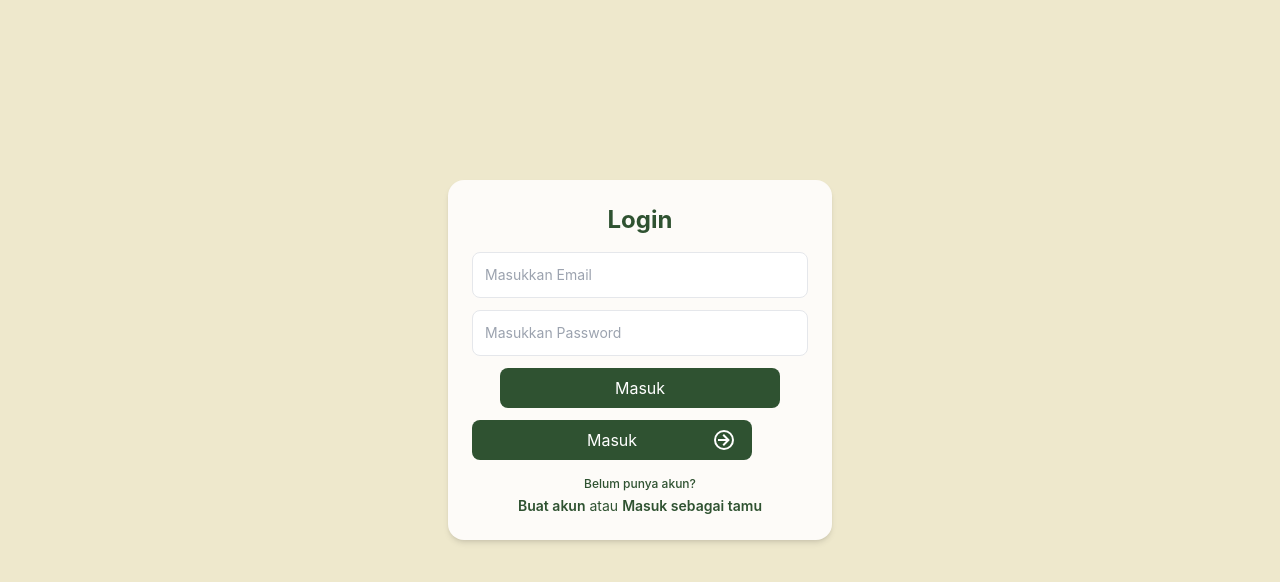
Repository: PajarAland/DiagramCoffee
Page: /login
An editor plug-in stored every save of this project. The page is shown before and after the next save, followed by the edit.
The browser window is 1280 px wide. The pictures show the whole page.
The page's requests for data from a server got no answer. The project was rebuilt for these pictures with package versions that can differ from the ones it lists, and the page was loaded fresh each time. Some packages were replaced by stand-ins written for this rebuild. No one was signed in, and anything a server would have sent is missing. Also part of the build but not shown: vite.config.js, src/components/ui/NavBar.jsx, src/pages/Landing.jsx, src/pages/Register.jsx, src/pages/Home.jsx, src/auth/ProtectedRoute.jsx.

Above is the page before, as saved 2026-04-26 18:22:59.

After the next save:
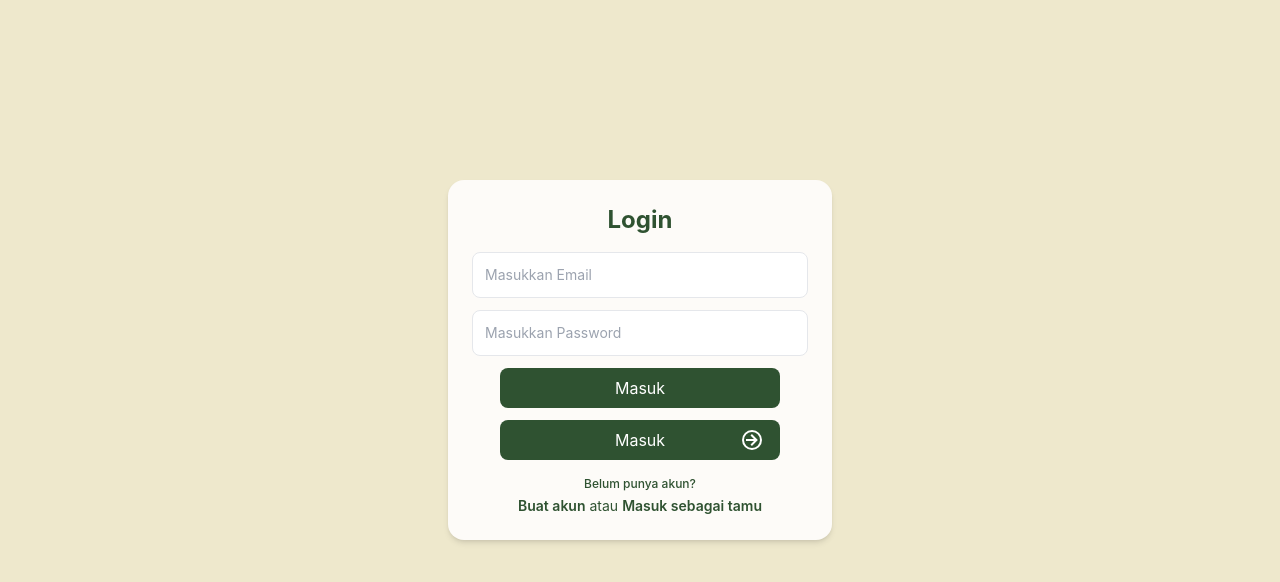
Saved 42 s later.
--- a/src/pages/Login.jsx
+++ b/src/pages/Login.jsx
@@ -82,17 +82,17 @@ function Login() {
                     </button>
 
                     <button
-                        type="submit"
-                        className="w-10/12 bg-[#2F5231] text-white py-2 rounded-lg relative flex items-center justify-center mt-2"
-                        >
-                        <span className="text-center">Masuk</span>
+  type="submit"
+  className="w-10/12 mx-auto bg-[#2F5231] text-white py-2 rounded-lg relative flex items-center justify-center mt-2"
+>
+  <span className="text-center">Masuk</span>
 
-                        <img
-                            src={arrowIconWhite}
-                            alt="arrow"
-                            className="w-6 h-6 absolute right-4"
-                        />
-                    </button>
+  <img
+    src={arrowIconWhite}
+    alt="arrow"
+    className="w-6 h-6 absolute right-4"
+  />
+</button>
                 </form>
 
                 <p className="text-xs text-[#2F5231] font-medium mt-4">
